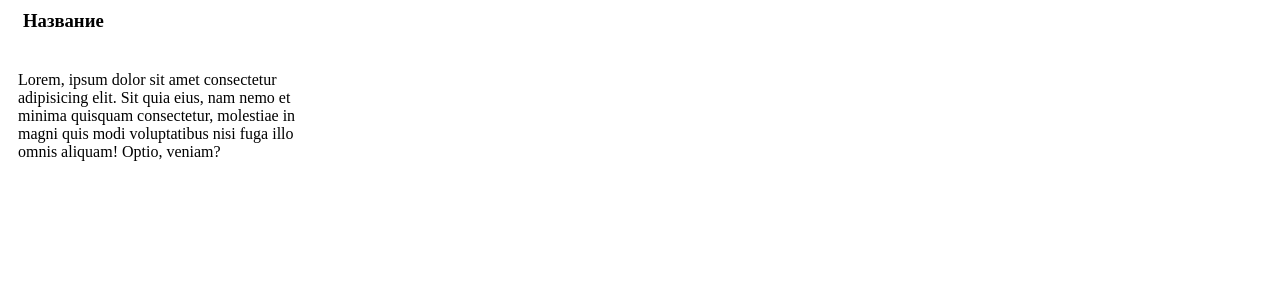
Repository: MaratLK/PLKFrontend
Page: Templates/NewsForIndex.html
An editor plug-in stored every save of this project. The page is shown before and after the next save, followed by the edit.
The browser window is 1280 px wide. The pictures show the whole page.

Above is the page before, as saved 2024-08-25 06:16:37.

### Templates/NewsForIndex.html
<!DOCTYPE html>
<html lang="en">
<head>
    <meta charset="UTF-8">
    <meta name="viewport" content="width=device-width, initial-scale=1.0">
    <title>Document</title>
    <style>
        .newsblk{
            height: 200px;
            width: 300px;
            margin: 10px;
            border-radius: 3px;
            border-color: black;
        }
        .newsblk h3{
            margin: 5px;
        }
    </style>
</head>
<body>
    <section class="news">
        <div class="newsblk">
            <h3>Название</h3>
            <img>
            <p>Lorem, ipsum dolor sit amet consectetur adipisicing elit. Sit quia eius, nam nemo et minima quisquam consectetur, molestiae in magni quis modi voluptatibus nisi fuga illo omnis aliquam! Optio, veniam?</p>
        </div>
    </section>
</body>
</html>

After the next save:
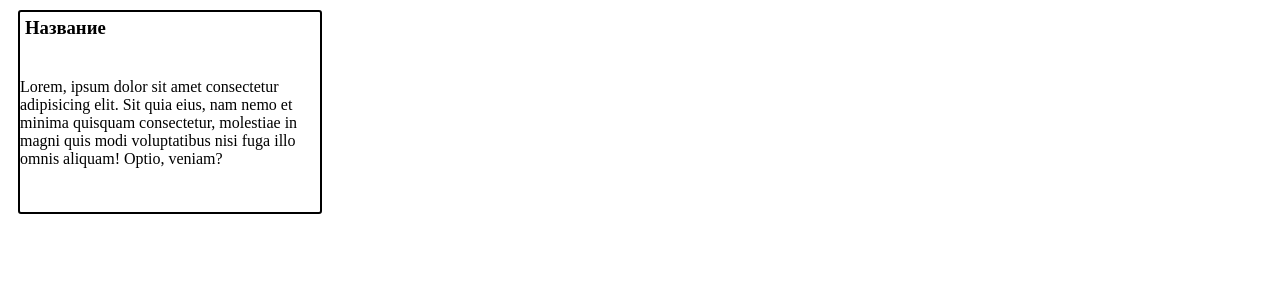
Saved 55 s later.
--- a/Templates/NewsForIndex.html
+++ b/Templates/NewsForIndex.html
@@ -10,7 +10,7 @@
             width: 300px;
             margin: 10px;
             border-radius: 3px;
-            border-color: black;
+            border: 2px solid black;
         }
         .newsblk h3{
             margin: 5px;
